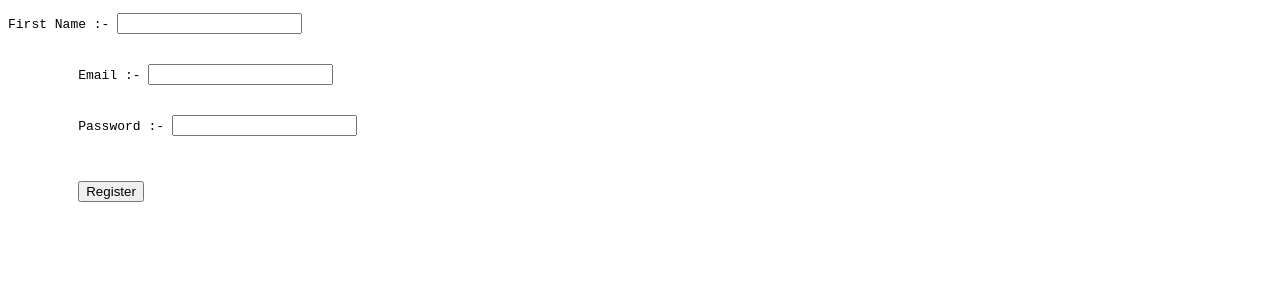
Repository: shzkhar/ISM_ADV_JAVA_23
Page: http://localhost/ServletDemo/RegistrationPage.jsp
An editor plug-in stored every save of this project. The page is shown before and after the next save, followed by the edit.
The browser window is 1280 px wide. The pictures show the whole page.
The page is served by Tomcat 9. Other server files are loaded and not shown.

Above is the page before, as saved 2023-04-03 11:31:51.

### ServletDemo/src/main/webapp/RegistrationPage.jsp
<%@ page language="java" contentType="text/html; charset=ISO-8859-1"
    pageEncoding="ISO-8859-1"%>
<!DOCTYPE html>
<html>
<head>
<meta charset="ISO-8859-1">
<title>Insert title here</title>
</head>
<body>
    <form>
         <pre>First Name :- <input type="text" name="firstname"/><br><br>
         Email :- <input type="text" name="email"/><br><br>
         Password :- <input type="text" name="password"/><br><br>

         <input type="submit" value="Register"/><pre></pre>
     </form>
</body>
</html>

After the next save:
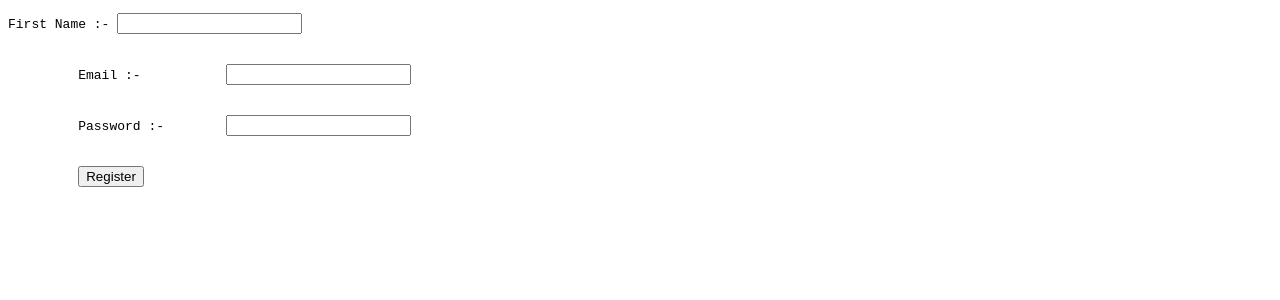
Saved 15 s later.
--- a/ServletDemo/src/main/webapp/RegistrationPage.jsp
+++ b/ServletDemo/src/main/webapp/RegistrationPage.jsp
@@ -9,9 +9,8 @@
 <body>
     <form>
          <pre>First Name :- <input type="text" name="firstname"/><br><br>
-         Email :- <input type="text" name="email"/><br><br>
-         Password :- <input type="text" name="password"/><br><br>
-
+         Email :-           <input type="text" name="email"/><br><br>
+         Password :-        <input type="text" name="password"/><br><br>
          <input type="submit" value="Register"/><pre></pre>
      </form>
 </body>
